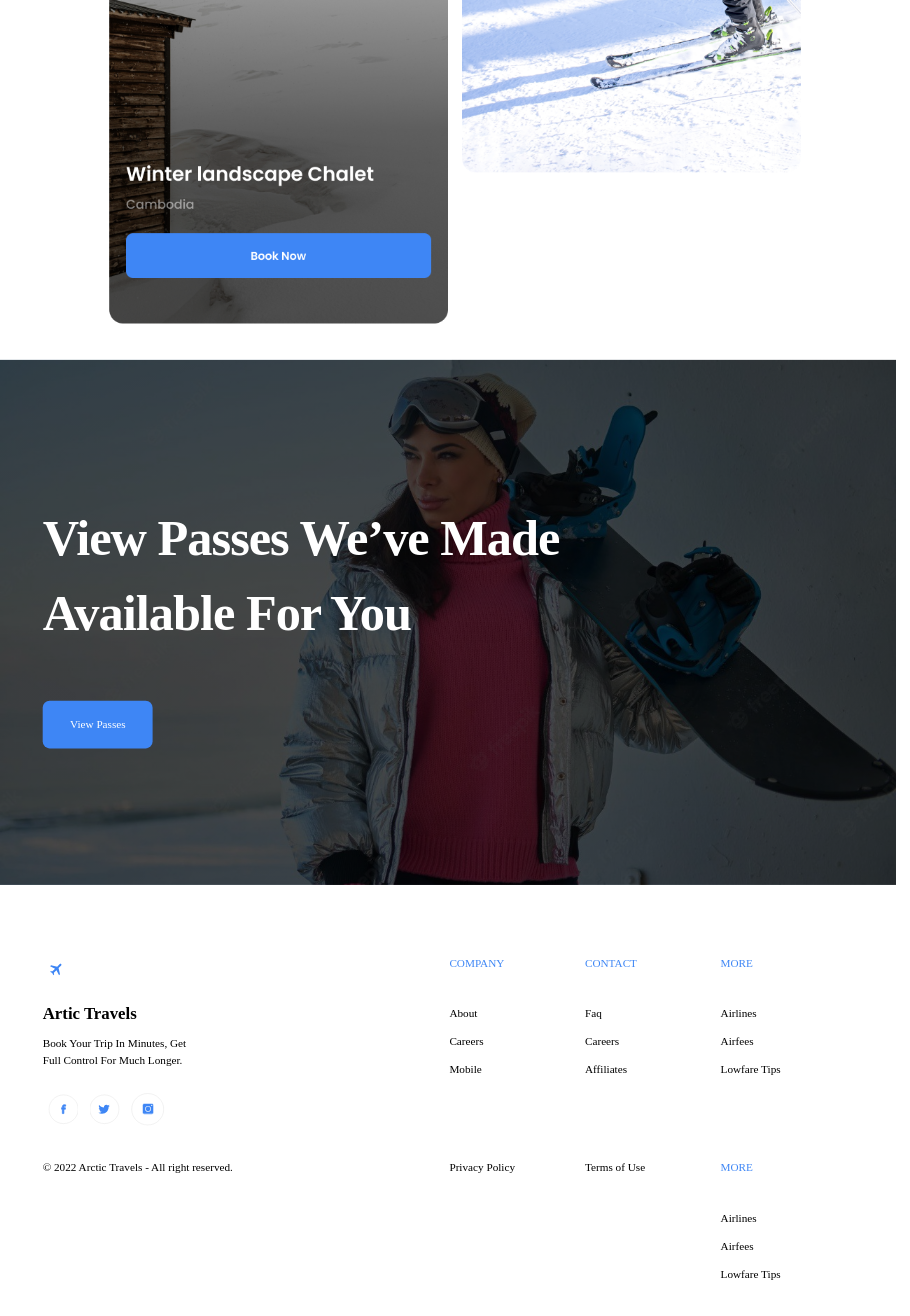
Repository: swissjake/arctic-travel-agency
Page: /
The author's editor kept a copy of each file at every save. The page is drawn from the files as they stood at one save, then again after the next save.
The browser window is 1280 px wide. The page is 1300 px wide, so the pictures cover 1300 px, including what lies to the right of the window. The pictures show the part of the page from y = 4013 to 5893 px (the page is 5893 px tall), at 70% of full size.
The project was rebuilt for these pictures with package versions that can differ from the ones it lists, and the page was loaded fresh each time. Also part of the build but not shown: src/App.css.

Above is the page before, as saved 2022-05-04 17:39:05.

### public/index.html
<!DOCTYPE html>
<html lang="en">
  <head>
    <meta charset="utf-8" />
    <link rel="icon" href="%PUBLIC_URL%/favicon.ico" />
    <meta name="viewport" content="width=device-width, initial-scale=1" />
    <meta name="theme-color" content="#000000" />
    <meta
      name="description"
      content="Web site created using create-react-app"
    />

    <title>Arctic Travel Agency</title>
  </head>
  <body>
    <noscript>You need to enable JavaScript to run this app.</noscript>
    <div id="root"></div>
    <!--
      This HTML file is a template.
      If you open it directly in the browser, you will see an empty page.

      You can add webfonts, meta tags, or analytics to this file.
      The build step will place the bundled scripts into the <body> tag.

      To begin the development, run `npm start` or `yarn start`.
      To create a production bundle, use `npm run build` or `yarn build`.
    -->
  </body>
</html>

### src/index.css
@tailwind base;
@tailwind components;
@tailwind utilities;

@import url('https://fonts.googleapis.com/css2?family=Poppins:wght@300;400;500;700&display=swap');


body{
    font-family: 'poppins';
}

@layer components {
    .container {
        @apply max-w-[1440px] mx-auto
    }
    .btn{
        @apply mt-[68px] bg-[#3E86F5] py-[22px] px-[39px] rounded-[10px] text-[16px] text-white
    }
    .booktrip{
        @apply font-medium text-[18px]
    }

}

.bookshadow{
    box-shadow: 0px 134px 193px rgba(183, 183, 183, 0.07), 0px 16.7789px 24.1666px rgba(183, 183, 183, 0.035);
}
/* .container {
    max-width: 1440px;
    margin: 0 auto;
} */

### src/pages/LandingPage.tsx
import Footer from "../components/Footer/Footer"
import Hero from "../components/Hero/Hero"
import HeroIcons from "../components/HeroIcons/HeroIcons"
import IceCold from "../components/IceCold/IceCold"
import Nav from "../components/Nav/Nav"
import Passes from "../components/Passes/Passes"
import Region from "../components/Region/Region"
import Resort from "../components/Resort/Resort"
import heroImage from '../assets/heroImage.jpeg'


const LandingPage = () => {
  return (
    <>
  <div>
  <div className="h-[780px]  w-full bg-no-repeat bg-center bg-cover" style={{backgroundImage:`linear-gradient(180deg, rgba(0, 0, 0, 0.65) 0%, rgba(0, 0, 0, 0.580838) 32.24%, rgba(0, 0, 0, 0.486293) 62.09%, rgba(0, 0, 0, 0) 98.06%), url(${heroImage})`}}>
     <Nav />
     <Hero />

  </div>

    <HeroIcons />
    <IceCold />
  </div>
  <Region />
  <Resort/>
  <Passes />

     {/*  style={{backgroundImage:`linear-gradient(180deg, rgba(0, 0, 0, 0.65) 0%, rgba(0, 0, 0, 0.580838) 32.24%, rgba(0, 0, 0, 0.486293) 62.09%, rgba(0, 0, 0, 0) 98.06%), url(${heroImage})`}} */}

     <Footer/>
    </>
  )
}

export default LandingPage

### src/components/Footer/Footer.tsx
import React from 'react'
import aeroplane from "../../assets/aeroplane.svg"
import facebook from "../../assets/facebook.svg"
import instagram from "../../assets/instagram.svg"
import twitter from "../../assets/twitter.svg"


const social=[facebook,twitter,instagram]
const company=["about","careers","mobile"]
const contact=["faq","careers","affiliates"]
const more=["airlines","airfees","lowfare tips"]





const Footer = () => {
  return (
      <footer className='pt-[5rem]'>
         <div className="container p-[20px] md:pl-[61px] md:pr-[57px]">
            <div className="sm:flex justify-between">

<div className="mb-[3rem] w-[50%]">
  <img src={aeroplane} className="mb-[27px]" alt="aeroplane" />
  <p className="capitalize text-2xl font-bold">artic travels</p>
  <p className="capitalize mt-[16px] mb-[34px] w-[217px]">Book your trip in minutes, get full
control for much longer.</p>
<div className="flex mt-5">

  {social.map((item,index)=> (<img src={item} className="mx-2 " alt="icons" />))}
</div>
</div>

<div className='mb-5 flex-1'>
  <h2 className="text-[#3E86F5] mb-[40px] uppercase">company</h2>
  <ul>
    {company.map((item,index)=>(
      <li className="capitalize leading-10">{item}</li>
    ))}
  </ul>
</div>

<div className='mb-5 flex-1'>
  <h2 className="text-[#3E86F5] mb-[40px] uppercase">contact</h2>
  <ul>
    {contact.map((item,index)=>(
      <li className="capitalize leading-10">{item}</li>
    ))}
  </ul>
</div>

<div className='mb-5 flex-1'>
  <h2 className="text-[#3E86F5] mb-[40px] uppercase">more</h2>
  <ul>
    {more.map((item,index)=>(
      <li className="capitalize leading-10">{item}</li>
    ))}
  </ul>
</div>


              </div>

              <div className="sm:flex justify-between">

<div className="mb-[3rem] w-[50%]">
© 2022 Arctic Travels - All right reserved.
</div>

<div className='mb-5 flex-1'>
Privacy Policy
</div>

<div className='mb-5 flex-1'>
Terms of Use
</div>

<div className='mb-5 flex-1'>
  <h2 className="text-[#3E86F5] mb-[40px] uppercase">more</h2>
  <ul>
    {more.map((item,index)=>(
      <li className="capitalize leading-10">{item}</li>
    ))}
  </ul>
</div>


              </div>


         </div>
      </footer>

  )
}

export default Footer

### src/components/Hero/Hero.tsx

const Hero = () => {
  return (
    <section >
         <div className="container md:pl-[61px] p-[20px] md:pr-[57px]">
           {/* <img src={heroImage} alt="" /> */}
           <div className="pt-[160px] text-center md:text-left md:pt-[200px] text-white ">
           <h1 className="md:w-[46.6rem] md:whitespace-nowrap text-[32px] md:text-[56px] capitalize font-bold tracking-{-0.03em}">Plan the perfect winter trip</h1>
           <p className="md:w-[33rem] text-[14px] md:text-[22px] font-normal tracking-[-0.01em] mt-[20px]">Easily plan your ideal ski trip from home with the help of professionals</p>
           <button className="btn">Book Now</button>
           </div>
        </div>
    </section>

  )
}

export default Hero

//background: linear-gradient(180deg, rgba(0, 0, 0, 0.65) 0%, rgba(0, 0, 0, 0.580838) 32.24%, rgba(0, 0, 0, 0.486293) 62.09%, rgba(0, 0, 0, 0) 98.06%);

### src/components/HeroIcons/HeroIcons.tsx
import React from 'react'
import nike from '../../assets/nike.svg'
import applepay from '../../assets/applepay.svg'
import silverstar from '../../assets/silverstar.svg'
import intra from '../../assets/intra.svg'
import mastercard from '../../assets/mastercard.svg'
import BookTrip from '../BookTrip/BookTrip'



const HeroIcons = () => {

  return (
    <section className='bg-[#F8F9FC]'>
         <BookTrip />
        <div className='container md:h-[243px]'>
            <div className='flex flex-wrap md:flex-nowrap items-center justify-center px-3 pb-[45px]  md:px-[222px] pt-[200px] md:pt-[149px] space-y-6 md:space-y-0'>
                    <div className='md:mr-[120px] mr-[40px]'>
                        <img className='w-[96px] h-[50px]' src={nike} alt="nike" />
                    </div>
                    <div className='md:mr-[126px] mr-[40px]'>
                        <img className='w-[96px] h-[56px]' src={applepay} alt="applepay" />
                    </div>
                    <div className='md:mr-[128px] mr-[40px]'>
                        <img className='w-[126px] h-[57px]' src={silverstar} alt="silver" />
                    </div>
                    <div className='md:mr-[130px] mr-[40px]'>
                        <img className='w-[108px] h-[46px]' src={intra} alt="intra" />
                    </div>
                    <div className=''>
                        <img className='w-[64px] h-[64px]' src={mastercard} alt="mastercard" />
                    </div>
            </div>

        </div>
    </section>
    )
}

export default HeroIcons

### src/components/IceCold/IceCold.tsx
import React from 'react'
import map from '../../assets/map.svg'
import arrow from '../../assets/Arrow.svg'

const IceCold = () => {
  return (
      <section className='bg-[#F8F9FC]'>
         <div className='container h-[693px] p-[20px] pt-[179px] md:pl-[40px]'>
             <div className='h-[492px] relative  bg-[rgba(62, 134, 245, .2)]' style={{backgroundImage:`url(${map})`}}>
                <h1 className='w-full md:w-[791px] leading-[54px] tracking-[-0.02em] text-[black] font-semibold left-[50%] translate-x-[-50%] absolute top-[-60px] h-[108px] text-[30px] md:text-[40px] text-center'>Creating the best <span className='text-[#3E86F5]'>ice-cold!</span> experience you would never forget.</h1>

                 <p className='w-full md:w-[697px] md:h-[72px] absolute left-[50%] translate-x-[-50%] text-[rgba(0, 0, 0, 0.5)] text-[18px] md:text-[24px] mt-[120px] md:mt-[60px] text-center leading-[36px] font-normal'>Would you explore nature paradise in the world, find the best destination in the world with us.</p>
                <div className=''>
                    <h1 className='w-full md:w-[454px] md:h-[50px] md:whitespace-nowrap absolute mb-[75px] md:mb-[150px] bottom-0 left-[50%] translate-x-[-50%] font-semibold text-[#000000] text-[40px] text-center leading-[60px] tracking-[-0.02em]'>View Regions available</h1>
                    <img className='absolute bottom-0 left-[50%] translate-x-[-50%] mb-[36px] md:mb-[73px]' src={arrow} alt="/" />
                </div>
             </div>

        </div>
      </section>

  )
}

export default IceCold

### src/components/Nav/Nav.tsx
import React, {useState} from 'react'
import aeroplane from "../../assets/aeroplane.svg";
import {AiOutlineClose, AiOutlineMenu} from 'react-icons/ai'

const Nav = () => {
  const [close, setClose]=useState(true)


  const navitems:string[] = ["About us", "Support", "Language"];
  return (
    <section className=''>
<div className='container  top-0 flex md:pl-[61px] justify-between p-[20px] md:pr-[57px]'>
  <div className="flex items-center">
  <img src={aeroplane} className="mr-[10px]" alt="aeroplane" />
  <h2 className='capitalize font-bold text-white mr-[56px]'>artic travels</h2>
 <ul className="inline hidden md:block">
   {navitems.map((item:string, index) => <li key={index} className="inline capitalize text-white mr-[40px]"><button>{item}</button></li>)}
 </ul>
  </div>

  <button className='hidden md:block text-[#3E86F5] h-[48px] rounded-[10px] w-[151px] bg-white'>
  Sign in
</button>
<button className='md:hidden block' onClick={()=>setClose(!close)}>
<AiOutlineMenu size={20} className='text-white'/>
</button>
</div>
<div style={{width:close?"0%":"100%",transition:"all .5s"}} className="fixed md:hidden block overflow-hidden  flex h-[100%] top-0 bg-black z-50">
<ul className="inline m-auto">
   {navitems.map((item:string) => <li className="leading-10 text-white"><button onClick={()=>setClose(true)} className="capitalize">{item}</button></li>)}
 </ul>
 <button className='hidden text-[#3E86F5] h-[48px] rounded-[10px] w-[151px] bg-white'>
  Sign in
</button>


<button onClick={()=>setClose(!close)} className="absolute top-[5%] right-[5%] border-white border-[4px] font-bold p-1 rounded-full"><AiOutlineClose size={20} className='fill-white'/></button>

</div>

    </section>
  )
}

export default Nav

// npm install @mui/icons-material

### src/components/Passes/Passes.tsx
import React from 'react'
import passes from '../../assets/passesimg.jpg'

const Passes = () => {
  return (
      <section className='bg-center bg-cover bg-no-repeat' style={{backgroundImage: `linear-gradient(0deg, rgba(0, 0, 0, 0.7), rgba(0, 0, 0, 0.7)),url(${passes})`, backgroundPosition:"center 25%"}}>
            <div className='container h-[500px] md:h-[750px] md:pl-[61px]  md:pr-[57px]  text-white' >
                <div className=' text-center md:text-left'>
                <h1 className='md:w-[1017px] pt-[120px] md:pt-[200px] font-semibold text-[36px] md:text-[72px] leading-[54px] md:leading-[108px] tracking-[-0.02em]'>View Passes We’ve Made Available For You</h1>
                <button className='btn mt-[40px] md:mt-[71px]'>View Passes</button>
                </div>
            </div>
      </section>

  )
}

export default Passes

### src/components/Region/Region.tsx
import React from 'react'
import region1 from '../../assets/region1.png'
import region2 from '../../assets/region2.png'
import region3 from '../../assets/region3.png'


const Region = () => {
  return (
      <section>
             <div className=''>
                 <div className='flex '>
             <div className='flex-1'>
             <img className="w-full" src={region1} alt="/"/>
             </div>

               <div className="flex-1">
               <img className="w-full" src={region2} alt="/" />

               </div>

             <div className="flex-1">
                <img className='w-full'  src={region3} alt="/" />
            </div>



            </div>
            </div>
      </section>

  )
}

export default Region

### src/components/Resort/Resort.tsx
import React from 'react'
import picture1 from "../../assets/picture1.png"
import picture2 from "../../assets/picture2.png"
import picture3 from "../../assets/picture3.png"
import picture4 from "../../assets/picture4.png"
const Resort = () => {
  return (
 <section>
   <div className="container p-[20px] pt-[179px] md:pl-[40px]">
<div className="md:flex gap-5 justify-between">

  <div className="flex-1">
  <p className="text-[3rem] md:w-[80%] w-full mb-[4.5rem] font-[600] tracking-[-0.02em]">The best resorts to chill and relax</p>
  <div className="w-full flex justify-end flex-wrap">
  <img src={picture1} className="mb-[32px]" alt="" />
<img src={picture2} className="mb-[32px]" alt="" />
  </div>

  </div>

<div className="flex-1">
<img src={picture3} className="mb-5 mb-[32px]" alt="" />
<img src={picture4} alt="" />
</div>

  </div>
   </div>
 </section>
  )
}

export default Resort

### src/components/BookTrip/BookTrip.tsx
import React from 'react'
import location from '../../assets/location.svg'
import aero from '../../assets/aero.svg'
import user from '../../assets/user.svg'
import dropdown from '../../assets/dropdown.svg'
import checkin from '../../assets/checkin.svg'

const BookTrip = () => {
  return (
      <section>
            <div className='container p-2 md:p-0 md:relative'>

                <div className='bookshadow md:w-[1320px] md:absolute bg-white rounded-[16px] md:z-40 md:h-[140px] md:mt-[-75px] md:left-[50%] md:translate-x-[-50%] md:space-x-[120px] md:flex-row flex flex-col p-7  items-center justify-center'>
                    <div className='mb-4 md:mb-0'>
                        <div className='flex'>
                            <img className="mr-[20px]" src={location} alt="/" />
                            <p className='font-medium text-[#929191] text-[16px] tracking-[0.08em] leading-[24px] uppercase'>location</p>
                        </div>
                        <div className='flex'>
                            <p className="booktrip">Iceland</p>
                            <img className="ml-[8px]" src={dropdown} alt="/" />
                        </div>
                    </div>

                    <div className='mb-4 md:mb-0'>
                        <div className='flex'>
                            <img className="mr-[20px]" src={user} alt="/" />
                         <p className='font-medium text-[#929191] text-[16px] tracking-[0.08em] leading-[24px] uppercase'>Persons</p>
                    </div>
                    <div className='flex'>
                        <p className="booktrip">4 Persons</p>
                        <img className="ml-[8px]" src={dropdown} alt="/" />
                    </div>
                </div>

                <div className='mb-4 md:mb-0'>
                    <div className='flex'>
                        <img className="mr-[20px]" src={checkin} alt="/" />
                         <p className='font-medium text-[#929191] text-[16px] tracking-[0.08em] leading-[24px] uppercase'>check in</p>
                    </div>
                    <div className='flex'>
                        <p className="booktrip">12 January 2022</p>
                        <img className="ml-[8px]" src={dropdown} alt="/" />
                    </div>
                </div>

                <div className=''>
                    <div className='flex'>
                        <img className="mr-[20px]" src={checkin} alt="/" />
                         <p className='font-medium text-[#929191] text-[16px] tracking-[0.08em] leading-[24px] uppercase'>checkout</p>
                    </div>
                    <div className='flex'>
                        <p className="booktrip">18 January 2022</p>
                        <img className="ml-[8px]" src={dropdown} alt="/" />
                    </div>
                </div>
                <button className='btn flex md:my-[38px]'>Book Trip <img className='ml-[12px]' src={aero} alt="/" /> </button>
                </div>
            </div>
    </section>


  )
}

export default BookTrip

Loaded but not shown: src/index.tsx (common file); src/App.tsx (common file); tailwind.config.js (common file)

After the next save:
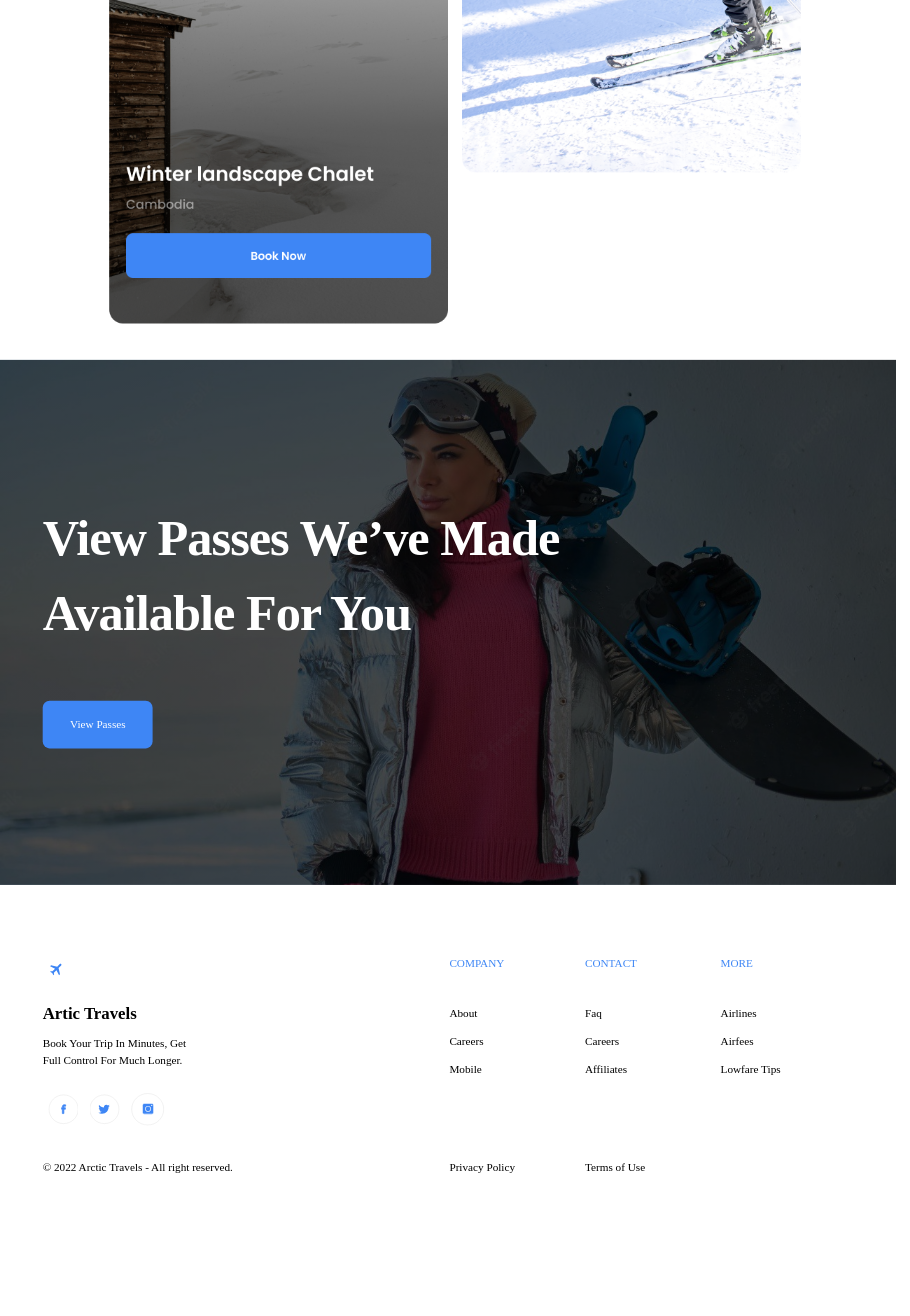
Saved 26 s later.
--- a/src/components/Footer/Footer.tsx
+++ b/src/components/Footer/Footer.tsx
@@ -75,7 +75,7 @@ Privacy Policy
 Terms of Use
 </div>
 
-<div className='mb-5 flex-1'>
+<div className='mb-5 invisible flex-1'>
   <h2 className="text-[#3E86F5] mb-[40px] uppercase">more</h2>
   <ul>
     {more.map((item,index)=>(
